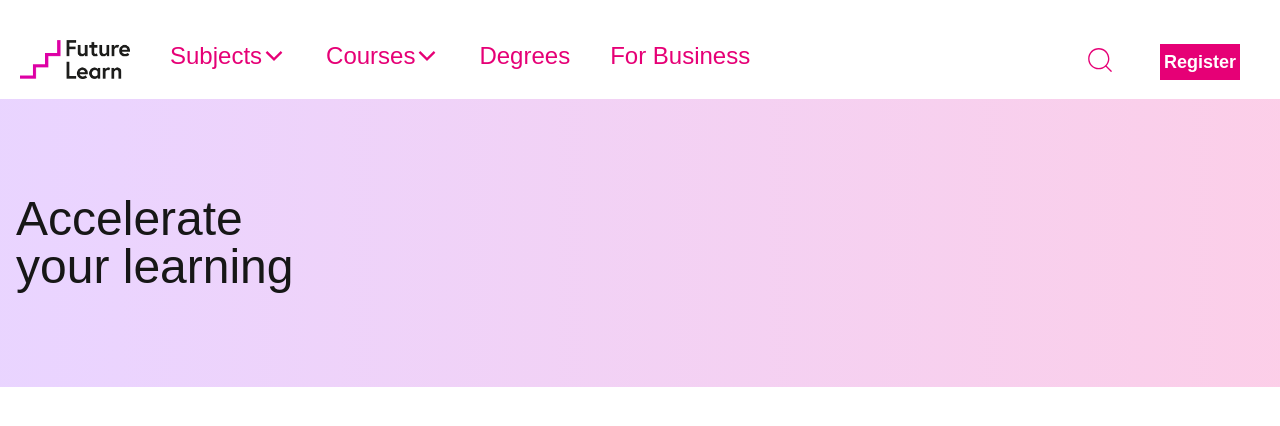
Repository: Aayu0981/Courses-App
Page: / (app in my-app/)
The author's editor kept a copy of each file at every save. The page is drawn from the files as they stood at one save, then again after the next save.
The browser window is 1280 px wide. The pictures show the whole page.
The project was rebuilt for these pictures with package versions that can differ from the ones it lists, and the page was loaded fresh each time. The framework's server and built-in components were replaced by stand-ins that run in the browser. Also part of the build but not shown: my-app/next.config.ts.

Above is the page before, as saved 2025-11-21 13:54:19.

After the next save:
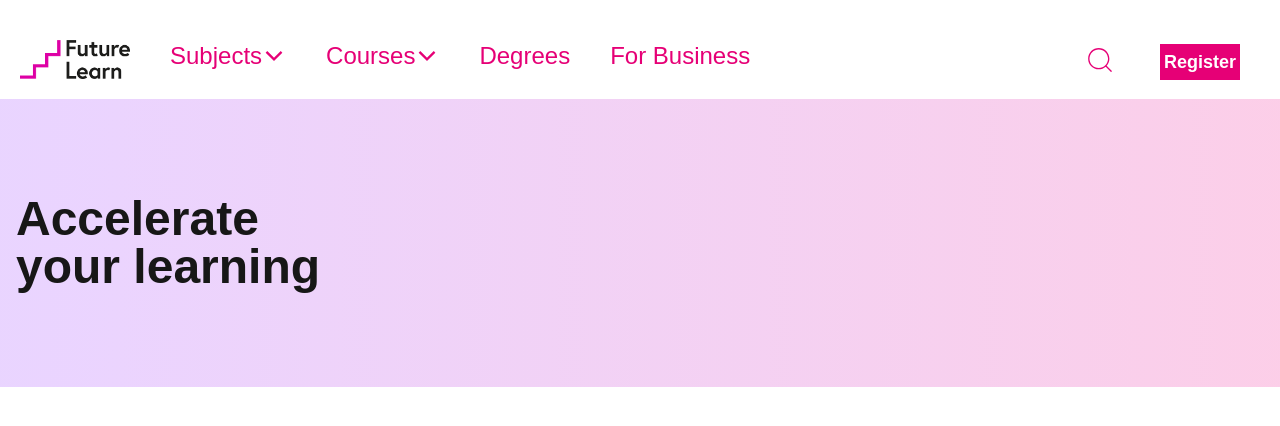
Saved 4 s later.
--- a/my-app/app/Components/MidP.tsx
+++ b/my-app/app/Components/MidP.tsx
@@ -13,7 +13,7 @@
                     {/* left part */}
 
                     <div>
-                        <h1 className="text-4xl md:text-5xl font">Accelerate <br/> your learning  </h1>
+                        <h1 className="text-4xl md:text-5xl font-extrabold">Accelerate <br/> your learning  </h1>
                     </div>
                 </div>
             </div>
